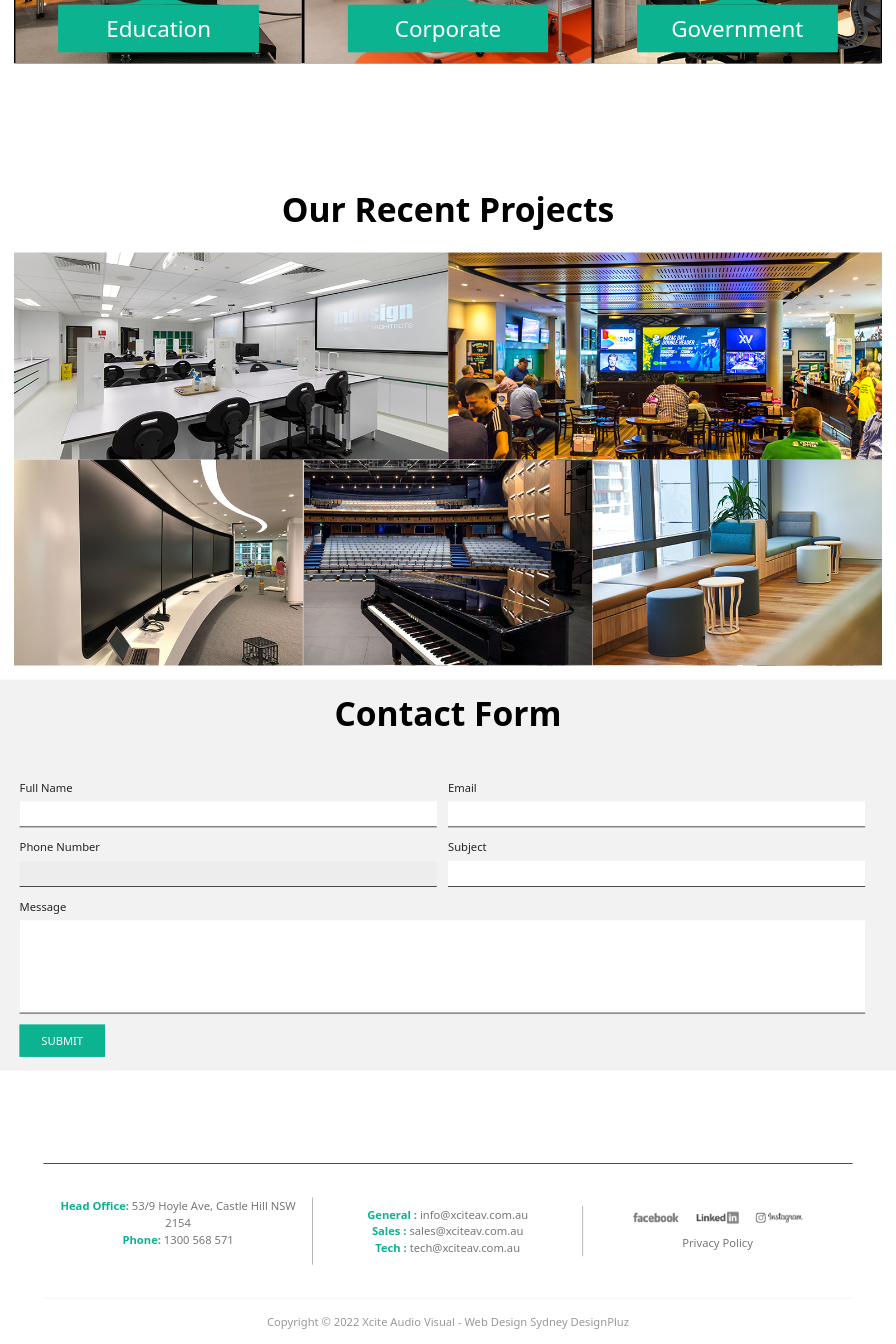
Repository: Imprasna/designplus
Page: index.html
An editor plug-in stored every save of this project. The page is shown before and after the next save, followed by the edit.
The browser window is 1280 px wide. The pictures show the part of the page from y = 1894 to 3814 px (the page is 3814 px tall), at 70% of full size.
Some web fonts or font styles are not loaded; a fallback is used.

Above is the page before, as saved 2022-03-17 02:01:25.

After the next save:
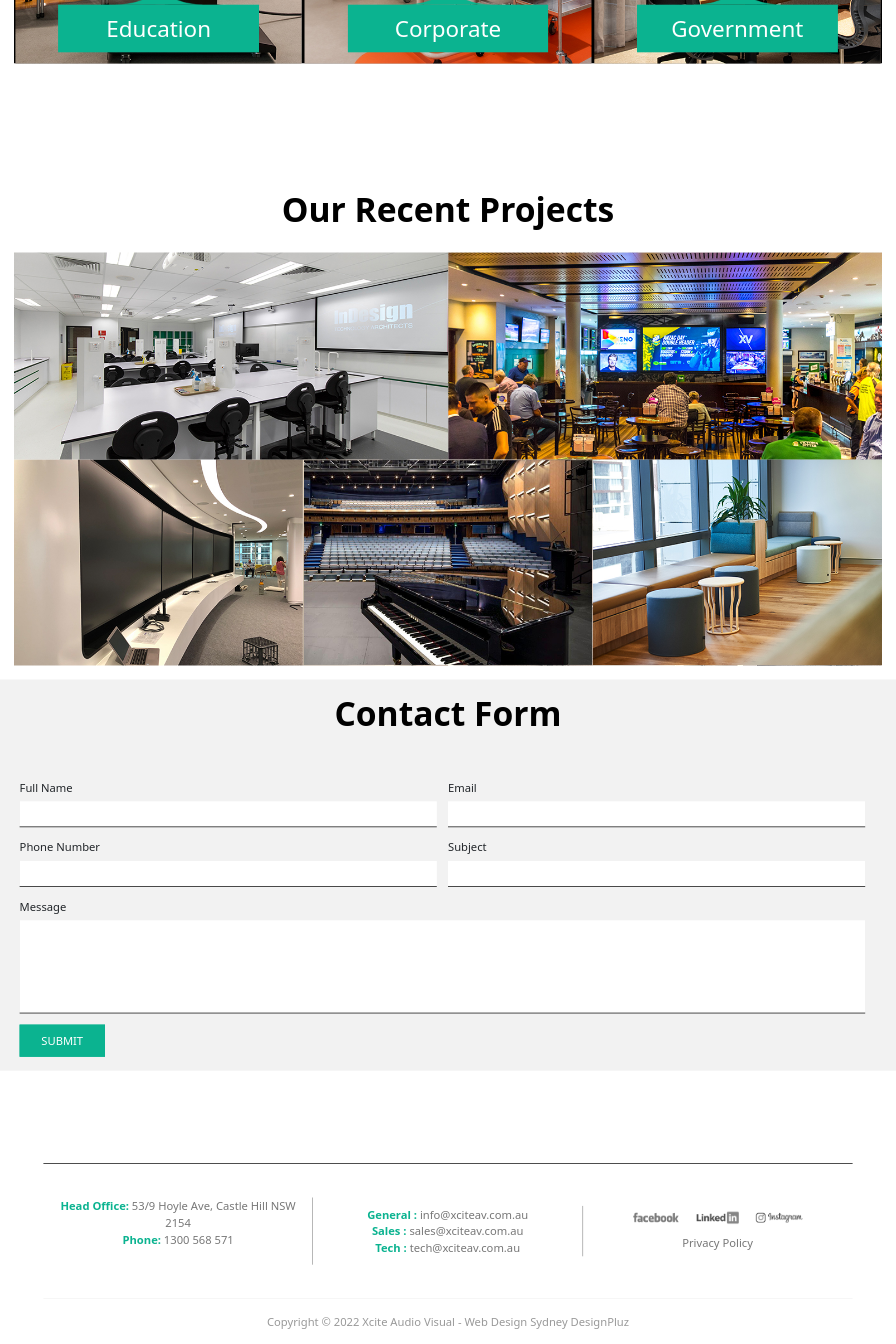
Saved 4 s later.
--- a/style.css
+++ b/style.css
@@ -260,7 +260,7 @@
     border-right: none;
 }
 
-form.row.g-3 > .col-md-6 > input[type="text"]:focus,input[type="number"],input[type="email"]:focus {
+form.row.g-3 > .col-md-6 > input[type="text"]:focus,input[type="number"]:focus,input[type="email"]:focus {
     background: #ededed;
     box-shadow: none;
 }
